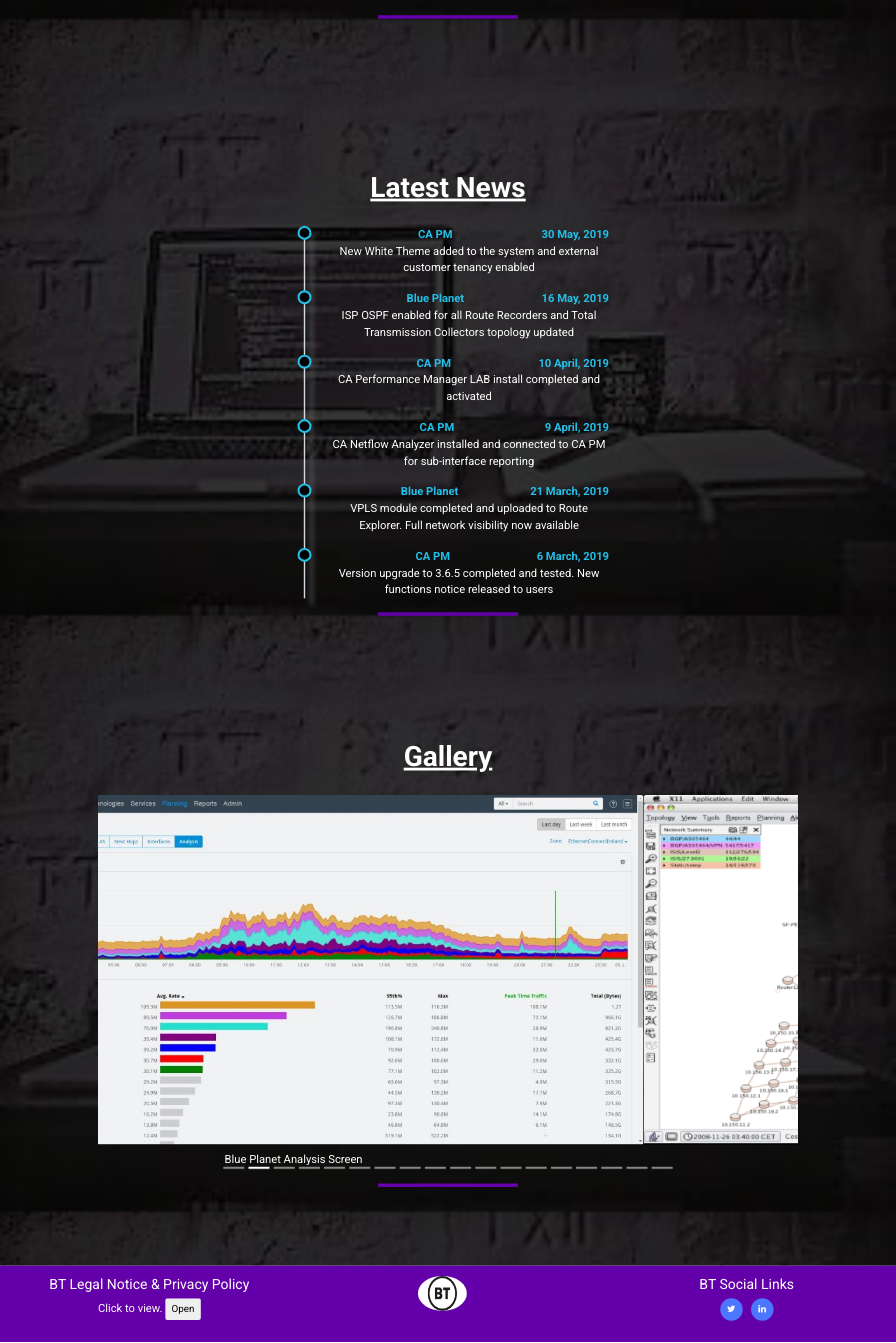
Repository: Mofarrell1967/Application-Manager
Page: index.html
The author's editor kept a record of every edit. The page is drawn from the files as they stood at one moment, then again after the next edit.
The browser window is 1280 px wide. The pictures show the part of the page from y = 824 to 2744 px (the page is 2742 px tall before and 2744 px after), at 70% of full size.
Backgrounds fixed to the window are drawn as part of the page. Some web libraries are served in a nearby version.

Above is the page before.

### index.html
<!DOCTYPE html>
<html lang="en-us">

<head>
  <meta charset="utf-8">
  <meta name="viewport" content="width=device-width, initial-scale=1.0">
  <link rel="stylesheet" href="https://maxcdn.bootstrapcdn.com/bootstrap/4.1.3/css/bootstrap.min.css">
  <link rel="stylesheet" href="https://use.fontawesome.com/releases/v5.6.1/css/all.css" integrity="sha384-gfdkjb5BdAXd+lj+gudLWI+BXq4IuLW5IT+brZEZsLFm++aCMlF1V92rMkPaX4PP" crossorigin="anonymous">
  <link rel="stylesheet" href="https://stackpath.bootstrapcdn.com/font-awesome/4.7.0/css/font-awesome.min.css" type="text/css" />
  <link href="https://fonts.googleapis.com/css?family=Roboto:400,700" rel="stylesheet">
  <link rel="stylesheet" href="css/main.css" type="text/css" />
  <title>Application Manager</title>
</head>

<body>

  <!-- Nav Bar Start -->

  <nav class="navbar no-gutters fixed-top navbar-dark navbar-expand-sm">
    <a href="index.html" class="navbar-brand">Capacity Analysis Applications</a>
    <ul class="navbar-nav navbar-brand"></ul>


    <button class="navbar-toggler ml-auto" type="button" data-toggle="collapse" data-target="#navbarNavDropdown" aria-controls="navbarNavDropdown" aria-expanded="false">
        <span class="navbar-toggler-icon"></span></button>

    <div class="collapse navbar-collapse" id="navbarNavDropdown">
      <ul class="navbar-nav ml-auto">
        <li class="nav-item"><a class="nav-link scroll" href="#news">Latest News</a></li>
        <li class="nav-item"><a class="nav-link scroll" href="#gallery">Gallery</a></li>
        <li class="nav-item"><a class="nav-link" href="about.html">About</a></li>
        <li class="nav-item"><a class="nav-link" href="metrics.html">Metrics</a></li>
        <li class="nav-item"><a class="nav-link" href="contact.html">Contact</a></li>
      </ul>
    </div>
  </nav>

  <!-- Nav Bar End -->


  <!-- Jumbotron Start -->

  <div class="container-fluid callout-container">
    <div class="opaque-overlay">&nbsp;</div>

    <div class="row">
      <div class="col-12">
        <section class="callout jumbotron text-center">
          <h1>Network Capacity Analysis Applications.</h1>
          <h2>Application Management & Information Pages.</h2>
          <hr class="block-divider">
          <p class="lead">Capacity Analysis manages and administers two reporting systems.
            <p class="main">CA Performance Manager (CAPM) and Ciena Blue Planet Route Optimisation & Assurance (BP ROA) </p>
            <p class="main">Please review the system details and functions before requesting access</p>
            <hr class="block-divider">

            <h3 class="status">Existing users can login here!</h3>
            <div class="form-group row">
              <div class="col-md-6">
                <p class="main">CA Performance Manager <button type="button" class="btn btn-outline-primary">Login</button>
              </div>
              <div class="col-md-6">
                <p class="main">BP Routing Optimisation <button type="button" class="btn btn-outline-primary">Login</button>
              </div>
            </div>

            <h3 class="main">Service Application and Server Health</h3>

            <div class="form-group row">
              <div class="col-md-6">
                <p class="main">CA Performance Manager <button type="button" class="btn btn-outline-success">System Health: Good</button>
              </div>
              <div class="col-md-6">
                <p class="main">BP Route Optimisation <button type="button" class="btn btn-outline-success">System Health: Good</button>
              </div>
            </div>
            <hr class="block-divider">


            <!-- Latest News Section Start -->


            <section-news id="news">
              <div class="col-md-6 mt-5 offset-md-3">
                <h1 class="news">Latest News</h1>

                <ul class="timeline">
                  <li>
                    <span class="nheaders">CA PM </span><span class="nheaders float-right"> 30 May, 2019</span>
                    <p>New White Theme added to the system and external customer tenancy enabled</p>
                  </li>
                  <li>
                    <span class="nheaders">Blue Planet </span><span class="nheaders float-right"> 16 May, 2019</span>
                    <p>ISP OSPF enabled for all Route Recorders and Total Transmission Collectors topology updated</p>
                  </li>
                  <li>
                    <span class="nheaders">CA PM </span><span class="nheaders float-right"> 10 April, 2019</span>
                    <p>CA Performance Manager LAB install completed and activated</p>
                  </li>
                  <li>
                    <span class="nheaders">CA PM </span><span class="nheaders float-right"> 9 April, 2019</span>
                    <p>CA Netflow Analyzer installed and connected to CA PM for sub-interface reporting</p>
                  </li>
                  <li>
                    <span class="nheaders">Blue Planet </span><span class="nheaders float-right"> 21 March, 2019</span>
                    <p>VPLS module completed and uploaded to Route Explorer. Full network visibility now available</p>
                  </li>
                  <li>
                    <span class="nheaders">CA PM </span><span class="nheaders float-right"> 6 March, 2019</span>
                    <p>Version upgrade to 3.6.5 completed and tested. New functions notice released to users</p>
                  </li>

                </ul>
                <hr class="block-divider">
              </div>
            </section-news>

            <!-- Latest News Section End -->



            <!-- Gallery Section Start -->

            <section-gallery id="gallery">
              <div id="btcarousel" class="carousel slide mt-5" data-ride="carousel">
                <h1 class="gallery">Gallery</h1>


                <!-- Indicators -->
                <ul class="carousel-indicators">
                  <li data-target="#btcarousel" data-slide-to="0" class="active"></li>
                  <li data-target="#btcarousel" data-slide-to="1"></li>
                  <li data-target="#btcarousel" data-slide-to="2"></li>
                  <li data-target="#btcarousel" data-slide-to="3"></li>
                  <li data-target="#btcarousel" data-slide-to="4"></li>
                  <li data-target="#btcarousel" data-slide-to="5"></li>
                  <li data-target="#btcarousel" data-slide-to="6"></li>
                  <li data-target="#btcarousel" data-slide-to="7"></li>
                  <li data-target="#btcarousel" data-slide-to="8"></li>
                  <li data-target="#btcarousel" data-slide-to="9"></li>
                  <li data-target="#btcarousel" data-slide-to="10"></li>
                  <li data-target="#btcarousel" data-slide-to="11"></li>
                  <li data-target="#btcarousel" data-slide-to="12"></li>
                  <li data-target="#btcarousel" data-slide-to="13"></li>
                  <li data-target="#btcarousel" data-slide-to="14"></li>
                  <li data-target="#btcarousel" data-slide-to="15"></li>
                  <li data-target="#btcarousel" data-slide-to="16"></li>
                  <li data-target="#btcarousel" data-slide-to="17"></li>
                </ul>


                <!-- The slideshow -->
                <div class="carousel-inner">
                  <div class="carousel-item active">
                    <img src="images/bp-analysis.jpg" alt="1" class="img-fluid rounded">
                    <h6 class="image-labels"> Blue Planet Analysis Screen</h6>
                  </div>
                  <div class="carousel-item">
                    <img src="images/bp-routing-map.png" alt="2" class="img-fluid rounded">
                    <h6 class="image-labels"> Blue Planet Routing Map Screen</h6>
                  </div>
                  <div class="carousel-item">
                    <img src="images/bp-service-overview.jpg" alt="3" class="img-fluid rounded">
                    <h6 class="image-labels"> Blue Planet Service Overview Screen</h6>
                  </div>
                  <div class="carousel-item">
                    <img src="images/bp-service.jpg" alt="4" class="img-fluid rounded">
                    <h6 class="image-labels"> Blue Planet Service Screen</h6>
                  </div>
                  <div class="carousel-item">
                    <img src="images/bp-topology.png" alt="5" class="img-fluid rounded">
                    <h6 class="image-labels"> Blue Planet Topology Screen</h6>
                  </div>
                  <div class="carousel-item">
                    <img src="images/ca-overview.jpg" alt="6" class="img-fluid rounded">
                    <h6 class="image-labels"> CA PM Overview Screen</h6>
                  </div>
                  <div class="carousel-item">
                    <img src="images/bp-traffic-performance.jpg" alt="7" class="img-fluid rounded">
                    <h6 class="image-labels"> Blue Planet Traffic Performance Screen</h6>
                  </div>
                  <div class="carousel-item">
                    <img src="images/bp-traffic-report.png" alt="8" class="img-fluid rounded">
                    <h6 class="image-labels"> Blue Planet Traffic Report Screen</h6>
                  </div>
                  <div class="carousel-item">
                    <img src="images/ca-polling.jpg" alt="9" class="img-fluid rounded">
                    <h6 class="image-labels"> CA PM Polling Status Screen</h6>
                  </div>
                  <div class="carousel-item">
                    <img src="images/ca-summary.jpg" alt="10" class="img-fluid rounded">
                    <h6 class="image-labels"> CA PM Summary Screen</h6>
                  </div>
                  <div class="carousel-item">
                    <img src="images/ca-group-trend.jpg" alt="11" class="img-fluid rounded">
                    <h6 class="image-labels"> CA PM Group Trend Screen</h6>
                  </div>
                  <div class="carousel-item">
                    <img src="images/ca-interface.jpg" alt="12" class="img-fluid rounded">
                    <h6 class="image-labels"> CA PM Interface Screen</h6>
                  </div>
                  <div class="carousel-item">
                    <img src="images/ca-map.png" alt="13" class="img-fluid rounded">
                    <h6 class="image-labels"> CA PM Map Screen</h6>
                  </div>
                  <div class="carousel-item">
                    <img src="images/ca-status-card.jpg" alt="14" class="img-fluid rounded">
                    <h6 class="image-labels"> CA PM Status Card Screen</h6>
                  </div>
                  <div class="carousel-item">
                    <img src="images/capacity-planning.jpg" alt="15" class="img-fluid rounded">
                    <h6 class="image-labels"> Blue Planet Capacity Planning Screen</h6>
                  </div>
                  <div class="carousel-item">
                    <img src="images/device-health.jpg" alt="16" class="img-fluid rounded">
                    <h6 class="image-labels"> CA PM Device Health Screen</h6>
                  </div>
                  <div class="carousel-item">
                    <img src="images/executive.jpg" alt="17" class="img-fluid rounded">
                    <h6 class="image-labels"> Blue Planet Executive Summary Screen</h6>
                  </div>
                </div>
                <hr class="block-divider">
              </div>
            </section-gallery>

            <!-- Gallery Section End -->

        </section>
      </div>
    </div>
  </div>

  <!-- Jumbotron End -->



  <!-- Footer Modal Start -->


  <div class="modal" tabindex="-1" role="dialog" id="PPModal">
    <div class="modal-dialog modal-dialog-scrollable">
      <div class="modal-content">
        <div class="modal-header">
          <h5 class="modal-title">Legal Notice & Privacy Policy</h5>
          <button type="button" class="close" data-dismiss="modal" aria-label="Close">
          <span aria-hidden="true">&times;</span>
        </button>
        </div>
        <div class="modal-body">
          <h3>General Disclaimer</h3>

          <p>BT has taken every effort to ensure the content accuracy of website, but neither BT nor its contractors accept responsibility for any errors or omissions in such content.</p>
          <p>Neither BT nor any third party who provides content to this website shall liable in respect of the content or its accuracy. You, the User, access the site and use the content, products and services at your own risk.</p>
          <p>BT disclaims all responsibility and liability of any description including liability for negligence, incidental or consequential damages and or loss (to include loss of profits, loss of use or loss of data) suffered by any person acting or refraining
            from acting as a result of or in connection with material on this website to include any reliance placed by such person on such material, or the viewing , use or performance of this website or its contents, whether with the required authority
            or otherwise.
            <p>BT may at any time revise, amend, alter or delete this information without liability.</p>
            <p>This website is governed, interpreted and construed in accordance with the law in the Republic of Ireland, whose courts have exclusive jurisdiction over any disputes or actions arising on this website</p>
            <h3>ComReg Code for Tariff Presentation</h3>
            <p>BT is required to adhere to the principles set out in the ComReg Code for Tariff Presentation. This Code requires the presentation of accurate and comprehensive tariff information that is accessible to the consumer. BT complies with the Code,
              a full copy of which can be accessed on the ComReg website.</p>
            <h3>Privacy Notice</h3>
            <h4>Who is BT?</h4>
            <p> BT Communications Ireland Limited (‘BT’) is a wholly owned subsidiary of BT Group plc, and a fully integrated division of BT Major and Public Sector. BT Communications Ireland Limited, trading as BT or BT Ireland, is registered in Ireland
              under number company registration number 141524 and its registered address is BT, Grand Canal Plaza, Upper Grand Canal Street, Dublin 4, Republic of Ireland, Tel: +353 1 432 5000 Freephone: 1800 923 222</p>
            <h4>Why does BT have a Privacy Notice?</h4>
            <p>At BT, we take privacy very seriously. Protecting your information and respecting your privacy is fundamental to the way we do things. If you want to know more about how we collect and use your personal information in different situations,
              have a look at the dedicated sections of the Privacy Centre here www.btplc.com/privacycentre/index.htm</p>
            <p>Please read the policies in the Privacy Centre along with the terms and conditions of any particular service you’re using. We may change the policies in our Privacy Centre from time to time. We’ll publish any new policies on our Privacy Centre,
              any other relevant websites and our terms and conditions (if applicable).By visiting and browsing our website and using our services you indicate your agreement to our use of your personal information as set out in this Privacy Policy. We
              may change our privacy policy from time to time.</p>
            <h4>What is not covered by the Privacy notice?</h4>
            <p>Third party sites, applications and social media, including products and services that you can link to from our websites aren’t covered by the policies in our Privacy Centre, so we urge you to be careful when you enter any personal information
              online or use applications and social media features. You should review the privacy policy of such sites before providing your personal information. As we don’t control those third party sites and their practices, we don’t accept any responsibility
              or liability for these sites.</p>
            <h4>What about when I visit your websites?</h4>
            <p>For details about information we collect when you visit our websites and the cookies we use please click the link here http://www.btplc.com/privacycentre/Onlineprivacy/index.htm.</p>
            <h4>How can I find out what personal information BT holds about me and change it if inaccurate?</h4>
            <p>If you want a copy of your billing information, log on to your MyBT online account or you can contact BT Ireland by phone, at Tel: 1800 924 929 or at the addresses listed below. BT Ireland, 2 Grand Canal Plaza, Upper Grand Canal Street, Dublin
              4.Alternatively you can contact us through our online Customer Enquiry form. (You must be the account holder to ask for this information.) If you want to see what contact information we hold about you, you can also log in to your account.
              It’s quick and simple to access it this way. You can also ask us for a copy of the information we hold about you using our online form here. Or write to us at BT to the Data Protection Manager, BT Ireland, 2 Grand Canal Plaza, Upper Grand
              Canal Street, Dublin 4. If you work for one of our corporate customers, please ask your employer – they’ll ask for this on your behalf. It will normally take us up to one month to get back to you but could take longer (up to a further two
              months) if it’s a complicated request or we get a lot of requests at once. We’ll reply electronically unless you ask us to send the information by post.</p>
        </div>
        <button type="button" class="btn btn-danger" data-dismiss="modal">Close</button>
      </div>
    </div>
  </div>



  <!-- Footer Modal End -->



  <!-- Page Footer Start -->


  <footer class="container-fluid footer text-center">

    <div class="row">
      <div class="col-sm-4">
        <h5 class="uppercase">BT Legal Notice & Privacy Policy</h5>
        <p class="inline-block">
          Click to view.
          <button class="btn btn-sm" data-toggle="modal" data-target="#PPModal">Open</button></p>
      </div>
      <div class="d-none d-sm-block col-sm-4">
        <a target="_blank" href="https://btireland.com/"><img src="images/bt.jpg" class="rounded-circle mr-3" height=50 width=70 alt="No Image available/"></a>
      </div>
      <div class="col-sm-4">
        <h5 class="uppercase">BT Social Links</h5>
        <ul class="list-inline sm-links">
          <li class="list-inline-item">
            <a target="_blank" href="https://twitter.com/btinireland">
                            <i class="fa fa-twitter" aria-hidden="true"></i>
                            <span class="sr-only">Twitter</span></a>
          </li>
          <li class="list-inline-item">
            <a target="_blank" href="https://www.linkedin.com/company/bt-ireland">
                            <i class="fa fa-linkedin" aria-hidden="true"></i>
                            <span class="sr-only">LinkedIn</span> </a>
          </li>
        </ul>
      </div>
    </div>
  </footer>

  <!-- Page Footer End -->



  <!-- Script Start -->

  <script src="https://code.jquery.com/jquery-3.3.1.slim.min.js" integrity="sha384-q8i/X+965DzO0rT7abK41JStQIAqVgRVzpbzo5smXKp4YfRvH+8abtTE1Pi6jizo" crossorigin="anonymous"></script>
  <script src="https://cdnjs.cloudflare.com/ajax/libs/popper.js/1.14.3/umd/popper.min.js" integrity="sha384-ZMP7rVo3mIykV+2+9J3UJ46jBk0WLaUAdn689aCwoqbBJiSnjAK/l8WvCWPIPm49" crossorigin="anonymous"></script>
  <script src="https://stackpath.bootstrapcdn.com/bootstrap/4.1.3/js/bootstrap.min.js" integrity="sha384-ChfqqxuZUCnJSK3+MXmPNIyE6ZbWh2IMqE241rYiqJxyMiZ6OW/JmZQ5stwEULTy" crossorigin="anonymous"></script>

  <!-- Smooth Scroll courtesy of github/cferdinandi -->
  <script src="js/smooth-scroll.min.js"></script>
  <script>
    var scroll = new SmoothScroll('a[href*="#"]');
  </script>

  <!-- Script End -->


</body>

</html>

Loaded but not shown: js/smooth-scroll.min.js (library); css/main.css (296 lines, source omitted)

After the next edit:
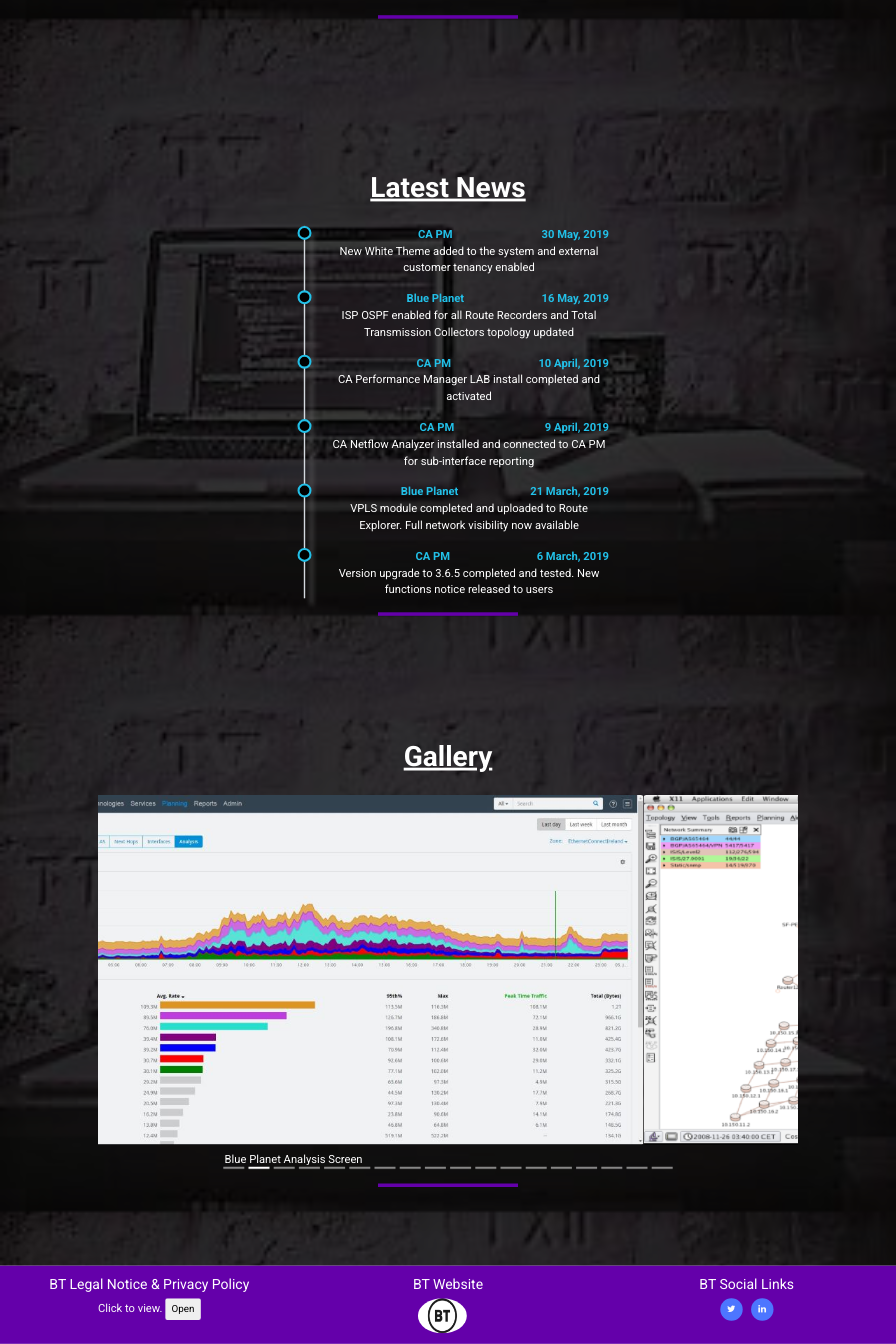
The edit:
--- a/index.html
+++ b/index.html
@@ -307,6 +307,7 @@
           <button class="btn btn-sm" data-toggle="modal" data-target="#PPModal">Open</button></p>
       </div>
       <div class="d-none d-sm-block col-sm-4">
+        <h5 class="uppercase">BT Website</h5>
         <a target="_blank" href="https://btireland.com/"><img src="images/bt.jpg" class="rounded-circle mr-3" height=50 width=70 alt="No Image available/"></a>
       </div>
       <div class="col-sm-4">
